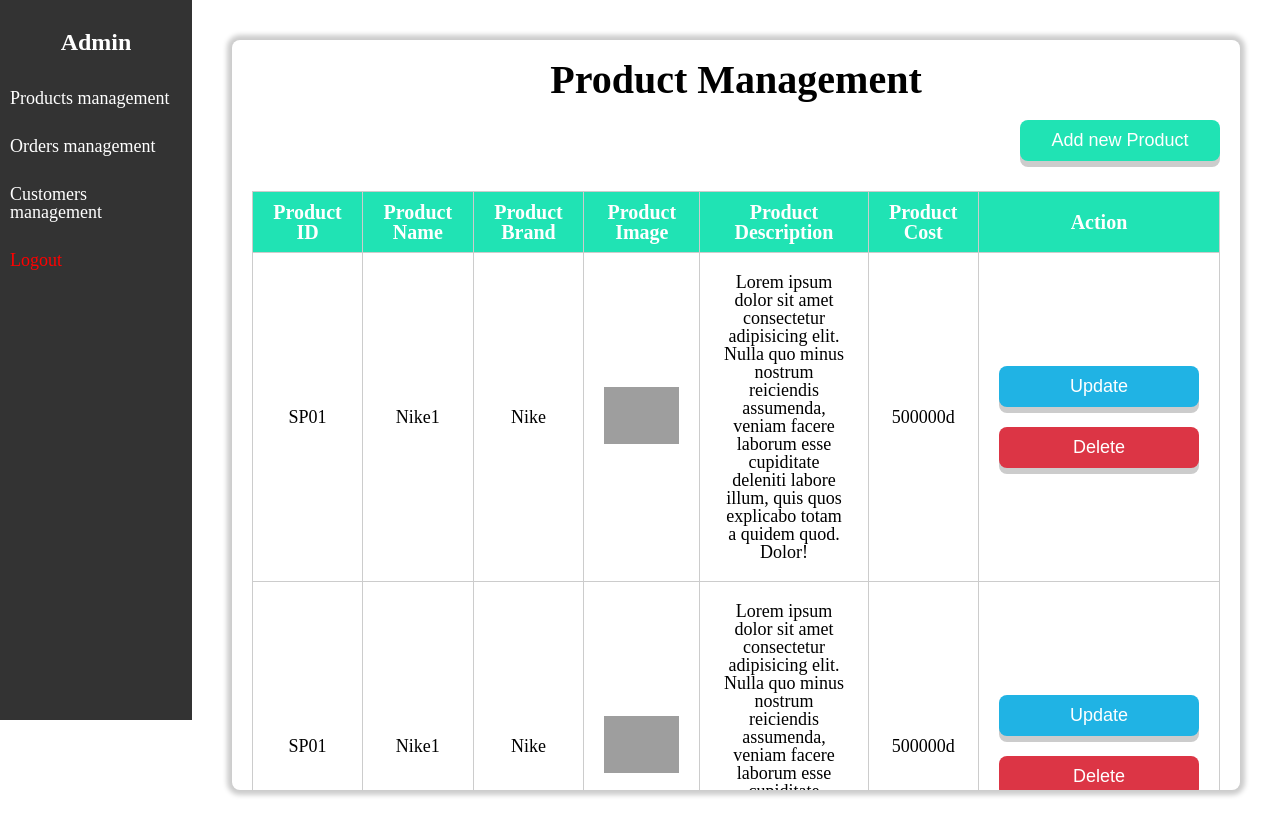
Repository: Trung0810/btl_cnpm_fe
Page: /admin
An editor plug-in stored every save of this project. The page is shown before and after the next save, followed by the edit.
The browser window is 1280 px wide. The pictures show the whole page.
Pictures or frames that could not be fetched are drawn as grey boxes. An inner scrolling area shows only its first screen. The project was rebuilt for these pictures with package versions that can differ from the ones it lists, and the page was loaded fresh each time. Also part of the build but not shown: src/components/header/header.css, src/components/header/Header.js, src/components/footer/Footer.css, src/components/footer/Footer.js, src/components/shoes_list/ShoesCard.css, src/components/shoes_list/ShoesCard.js, src/components/shoes_list/ShoesList.css, src/components/shoes_list/ShoesList.js and 53 more.

Above is the page before, as saved 2026-04-10 10:14:08.

After the next save:
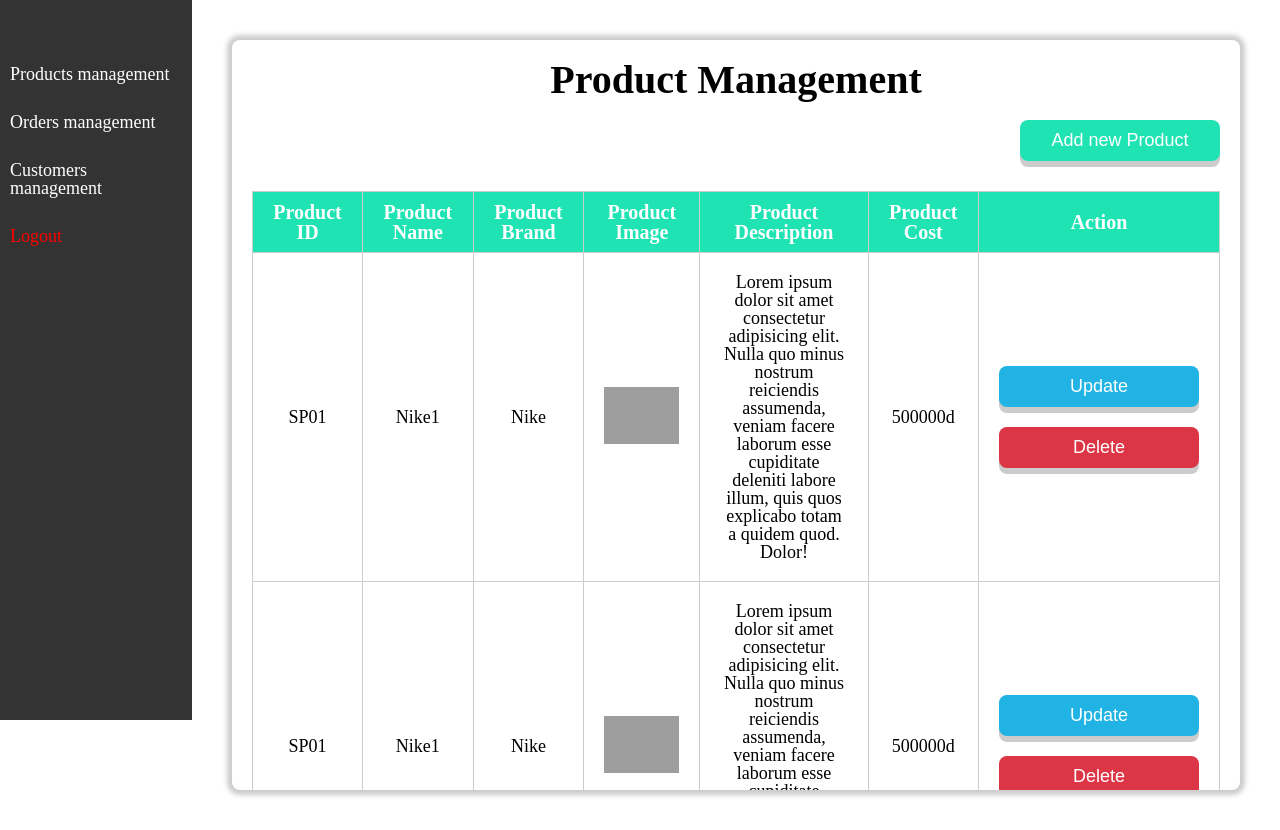
Saved 33 s later.
--- a/src/components/admin_sidebar/AdminSidebar.js
+++ b/src/components/admin_sidebar/AdminSidebar.js
@@ -4,11 +4,11 @@ import "./AdminSidebar.css";
 import { InforContext } from "../infor_provider/InforProvider";
 
 const AdminSidebar = () => {
-  const { handleLogout } = useContext(InforContext);
+  const { user, handleLogout } = useContext(InforContext);
 
   return (
     <div className="admin-sidebar">
-      <h2 className="admin-sidebar-title">Admin</h2>
+      <h2 className="admin-sidebar-title">{user}</h2>
       <ul className="admin-sidebar-menu">
         <NavLink to={"/admin/product"} className="admin-sidebar-item">
           Products management
